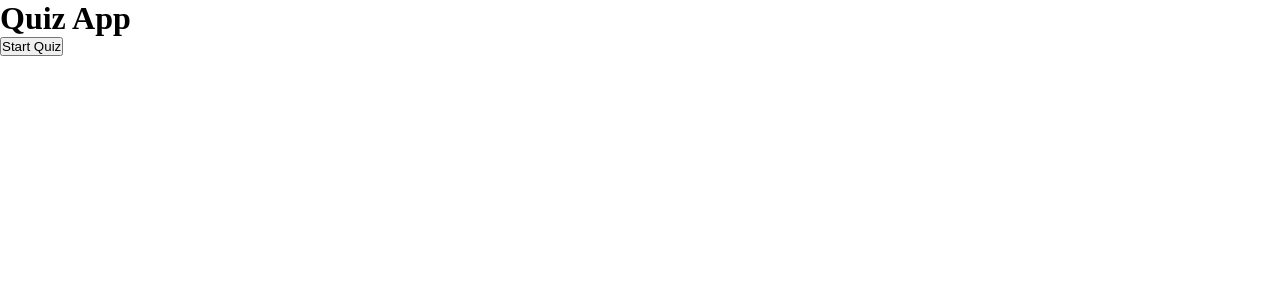
Repository: alemunden/Trash-Scavengers
Page: /
An editor plug-in stored every save of this project. The page is shown before and after the next save, followed by the edit.
The browser window is 1280 px wide. The pictures show the whole page.
The project was rebuilt for these pictures with package versions that can differ from the ones it lists, and the page was loaded fresh each time. The framework's server and built-in components were replaced by stand-ins that run in the browser. Also part of the build but not shown: next.config.mjs, styles/Home.module.css.

Above is the page before, as saved 2024-04-07 15:37:22.

### pages/index.js
import Head from "next/head";
import Image from "next/image";
import styles from "@/styles/Home.module.css";
import Link from 'next/link'

export default function Home() {
  return (
      <main>
        <div>
            <h1>Quiz App</h1>
            <Link href='/quiz'>
                <button>Start Quiz</button>
            </Link>
        </div>
      </main>
  );
}

### styles/globals.css
:root {

}

* {
    box-sizing: border-box;
    padding: 0;
    margin: 0;
}

Loaded but not shown: pages/_app.js (common file); pages/_document.js (common file); pages/api/hello.js (common file)

After the next save:
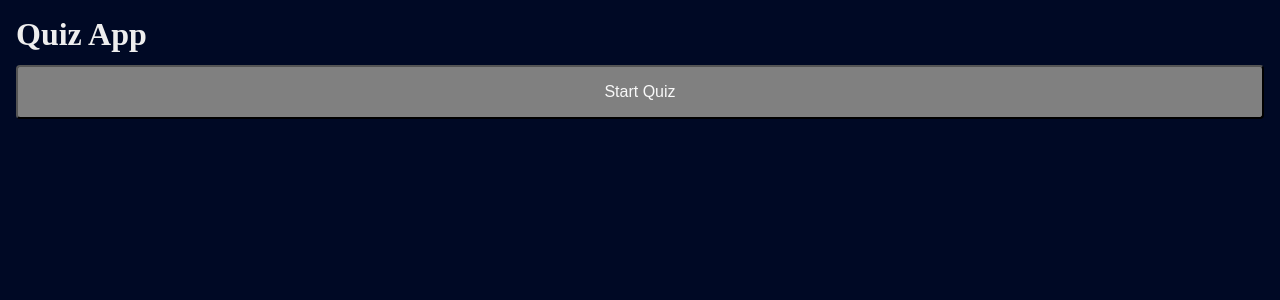
Saved 3 s later.
--- a/styles/globals.css
+++ b/styles/globals.css
@@ -7,3 +7,33 @@
     padding: 0;
     margin: 0;
 }
+
+html, body {
+    overflow-x: hidden;
+    background-color: #000925;
+}
+
+main {
+    padding: 1rem;
+}
+
+h1, h2 {
+    color: #eee;
+}
+
+h3 {
+    padding-bottom: 2rem;
+    color: #000105;
+    font-size: 1.8rem;
+}
+
+button {
+    padding: 16px 8px;
+    width: 100%;
+    margin-top: 12px;
+    font-size: 1rem;
+    border-radius: 4px;
+    cursor: pointer;
+    background-color: #808080;
+    color: #f8f8f8;
+}
